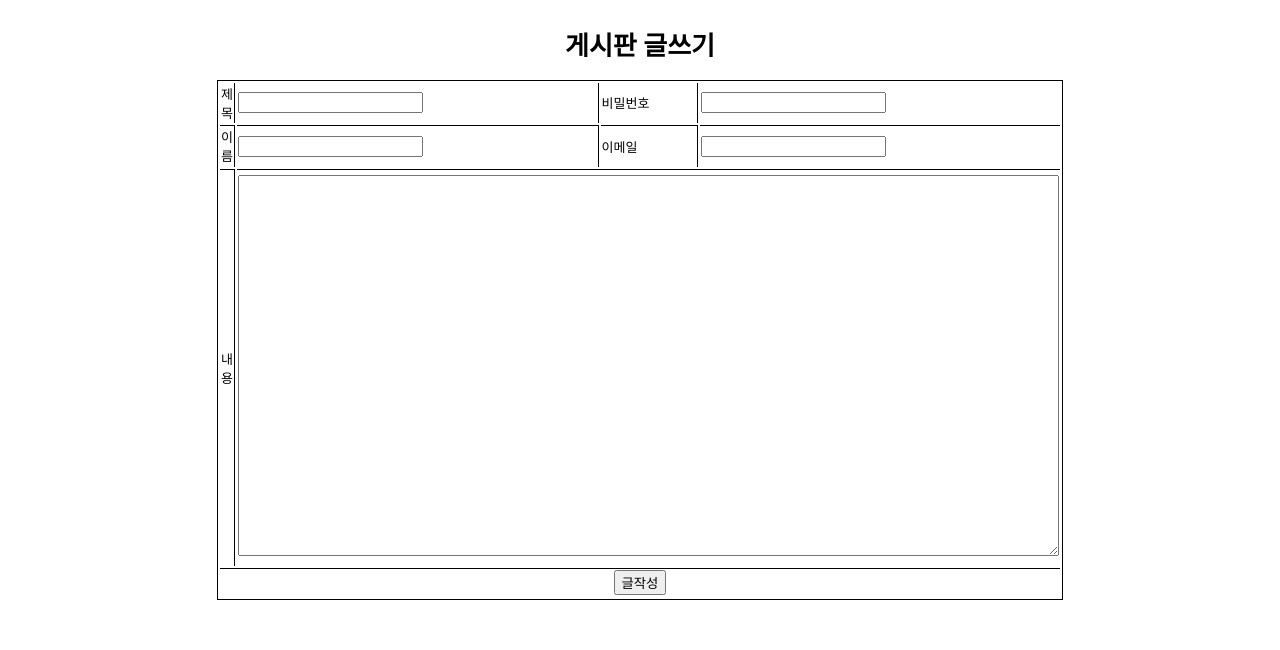
Repository: shbaksa/study
Page: http://localhost/mw_0617/test/write.jsp
An editor plug-in stored every save of this project. The page is shown before and after the next save, followed by the edit.
The browser window is 1280 px wide. The pictures show the whole page.
The page is served by Tomcat 9.

Above is the page before, as saved 2022-06-17 05:40:57.

After the next save:
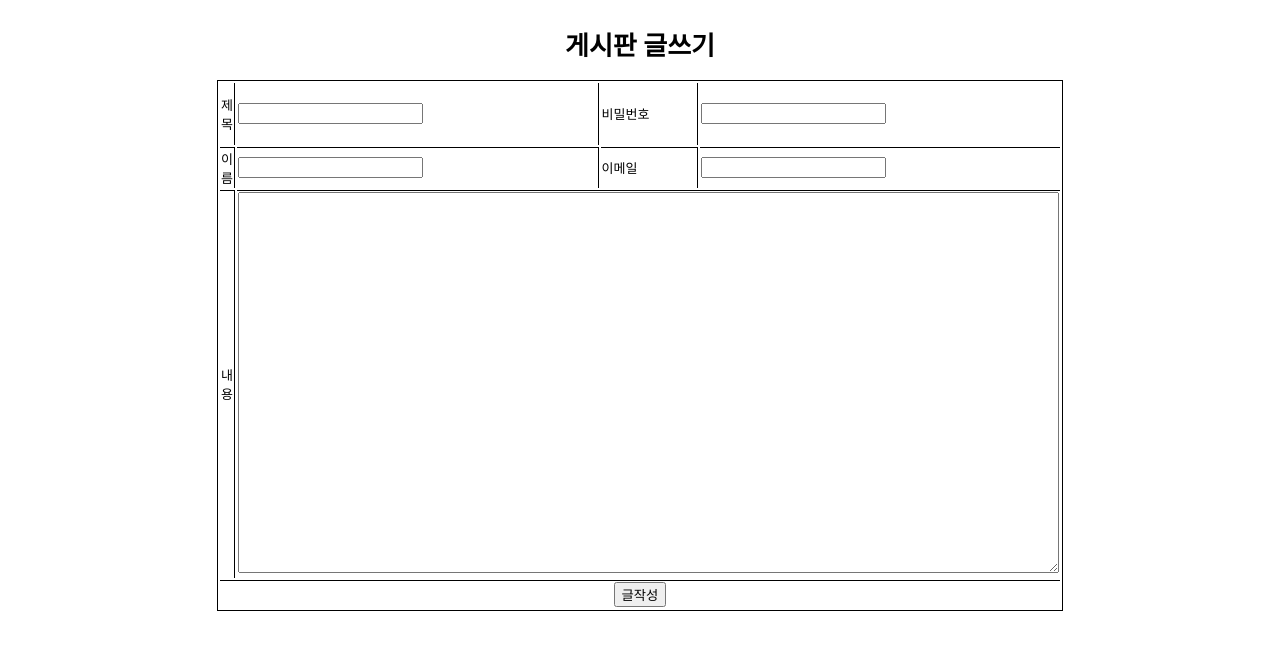
Saved 6 s later.
--- a/mw_0617/src/main/webapp/test/write.jsp
+++ b/mw_0617/src/main/webapp/test/write.jsp
@@ -52,7 +52,7 @@
 	<table width="800" height="520" align="center">
 	<caption><h1>게시판 글쓰기 </h1></caption>
 	<tr> <!-- 4 -->
-	<td style="border-top:none;" width="100" height="25">제목</td>
+	<td style="border-top:none;" width="100" height="60">제목</td>
 	<td style="border-top:none;"><input type="text" name="title" ></td>
 	<td style="border-top:none;">비밀번호</td>
 	<td style="border-top:none;"><input type="password" name="pwd"></td>

After the save that followed:
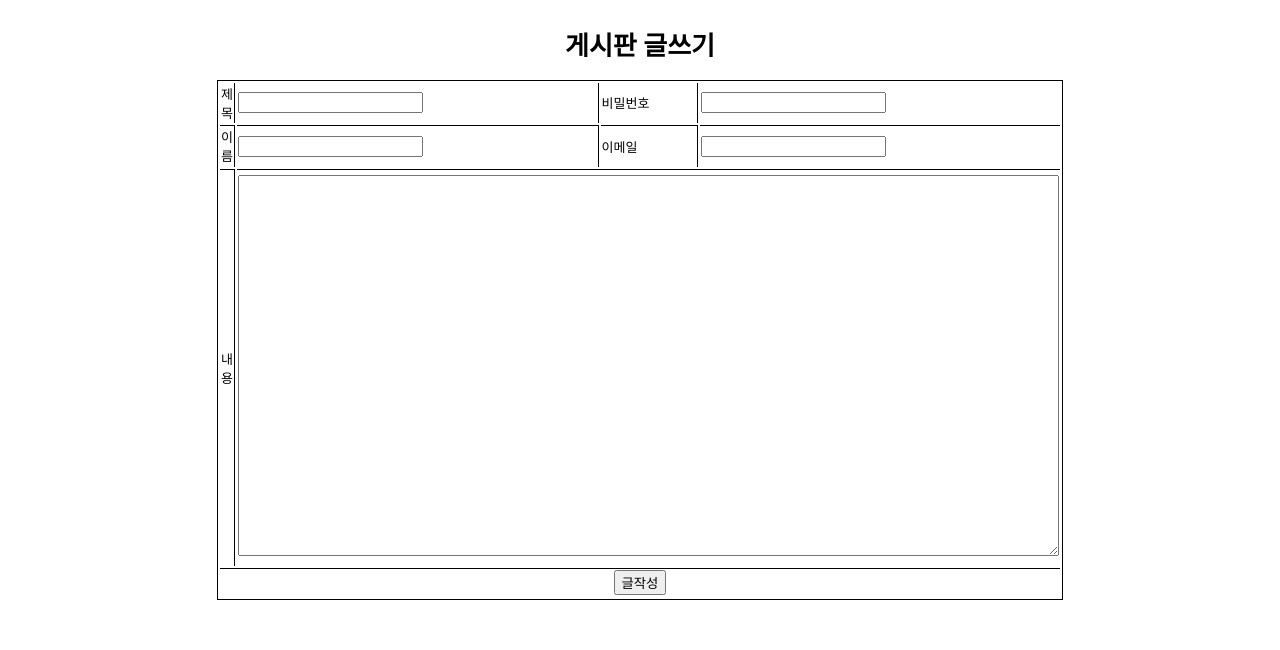
Saved 5 s later.
--- a/mw_0617/src/main/webapp/test/write.jsp
+++ b/mw_0617/src/main/webapp/test/write.jsp
@@ -52,7 +52,7 @@
 	<table width="800" height="520" align="center">
 	<caption><h1>게시판 글쓰기 </h1></caption>
 	<tr> <!-- 4 -->
-	<td style="border-top:none;" width="100" height="60">제목</td>
+	<td style="border-top:none;" width="100" height="30">제목</td>
 	<td style="border-top:none;"><input type="text" name="title" ></td>
 	<td style="border-top:none;">비밀번호</td>
 	<td style="border-top:none;"><input type="password" name="pwd"></td>
